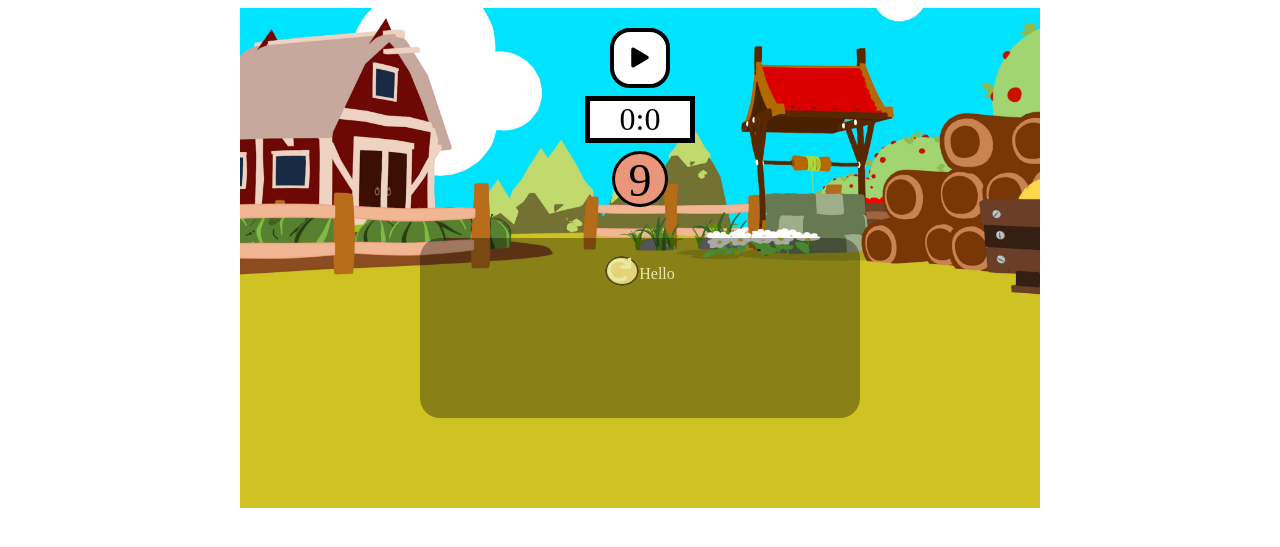
Repository: DevMinwoo-Jung/JavaScript101
Page: WebApIs/carrotClone/index.html
An editor plug-in stored every save of this project. The page is shown before and after the next save, followed by the edit.
The browser window is 1280 px wide. The pictures show the whole page.

Above is the page before, as saved 2021-06-22 14:51:59.

### WebApIs/carrotClone/index.html
<!DOCTYPE html>
<html lang="en">
<head>
  <meta charset="UTF-8">
  <meta http-equiv="X-UA-Compatible" content="IE=edge">
  <meta name="viewport" content="width=device-width, initial-scale=1.0">
  <link rel="stylesheet" href="style.css">
  <script src="main.js"></script>
  <link rel="stylesheet" href="https://use.fontawesome.com/releases/v5.15.3/css/all.css" integrity="sha384-SZXxX4whJ79/gErwcOYf+zWLeJdY/qpuqC4cAa9rOGUstPomtqpuNWT9wdPEn2fk" crossorigin="anonymous">
  <title>Fun game</title>
</head>
<body>
  <section class="game">
    <header class="game__header">
      <button class="game__button">
        <i class="fas fa-play"></i>
        <!-- <i class="fas fa-stop"></i> -->
      </button>
        <span class="game__timer">0:0</span>
        <span class="game__score">9</span>
    </header>
    <section class="game__field"></section>
  </section>
  <section class="pop-up">
    <buttno class="pop-up__refresh">
      <i class="fas fa-redo"></i>
    </buttno>
    <span class="pop-up__message">Hello</span>
  </section>
</body>
</html>

### WebApIs/carrotClone/style.css
body {
  text-align: center;
}
.game {
  display: flex;
  flex-direction: column;
  width: 800px;
  height: 500px;
  background: url(img/background.png) center/cover;
  margin: auto;
}

button {
  border: none;
  outline: none;
  cursor: pointer;
}
.game__header {
  display: flex;
  flex-direction: column;
  align-items: center;
  padding: 20px;
}

.game__button {
  width: 60px;
  height: 60px;
  background-color: white;
  border: 4px solid black;
  font-size: 20px;
  transition: transfrom 300ms ease-in;
  border-radius: 20px;
}

.game__button:hover {
  transform: scale(1.1);
}

.game__timer {
  width: 100px;
  background-color: white;
  text-align: center;
  border: 5px solid black;
  font-size: 32px;
  margin-top: 8px;
}

.game__score {
  width: 50px;
  height: 50px;
  font-size: 46px;
  border: 3px solid black;
  background-color: darksalmon;
  border-radius: 50%;
  text-align: center;
  margin-top: 8px;
}

.game__field {
  background-color: blue;
  width: 100%px;
  margin-top: 40px;
  opacity: 0.4;
}

.pop-up {
  width: 400px;
  height: 140px;
  padding: 20px;
  background-color: #00000090;
  border-radius: 20px;
  opacity: 0.6;
  color: white;
  text-align: center;
  margin: auto;
  transform: translateY(-150%);
}

.pop-up__refresh {
  width: 60px;
  height: 60px;
  font-size: 24px;
  background-color: wheat;
  border: 2px solid black;
  border-radius: 50%;
}

.pop-up__mesage {
  display: block;
  font-size: 38px;
}

Loaded but not shown: WebApIs/carrotClone/main.js (no stored copy; drawn as an empty file)

After the next save:
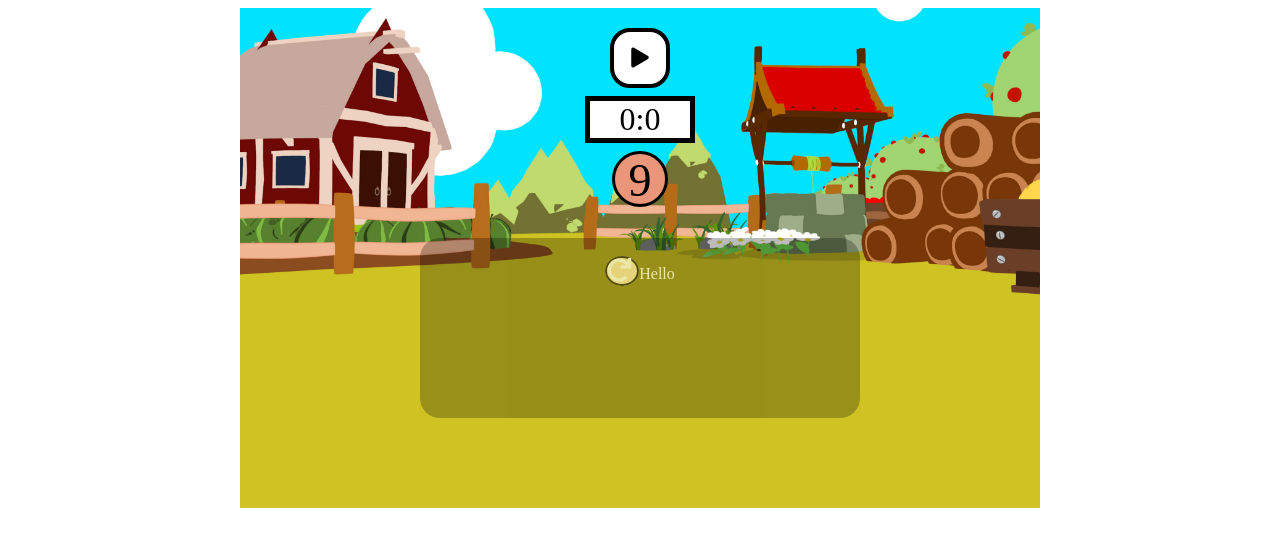
Saved 9 s later.
--- a/WebApIs/carrotClone/style.css
+++ b/WebApIs/carrotClone/style.css
@@ -67,7 +67,7 @@ button {
   width: 400px;
   height: 140px;
   padding: 20px;
-  background-color: #00000090;
+  background-color: #00000070;
   border-radius: 20px;
   opacity: 0.6;
   color: white;
